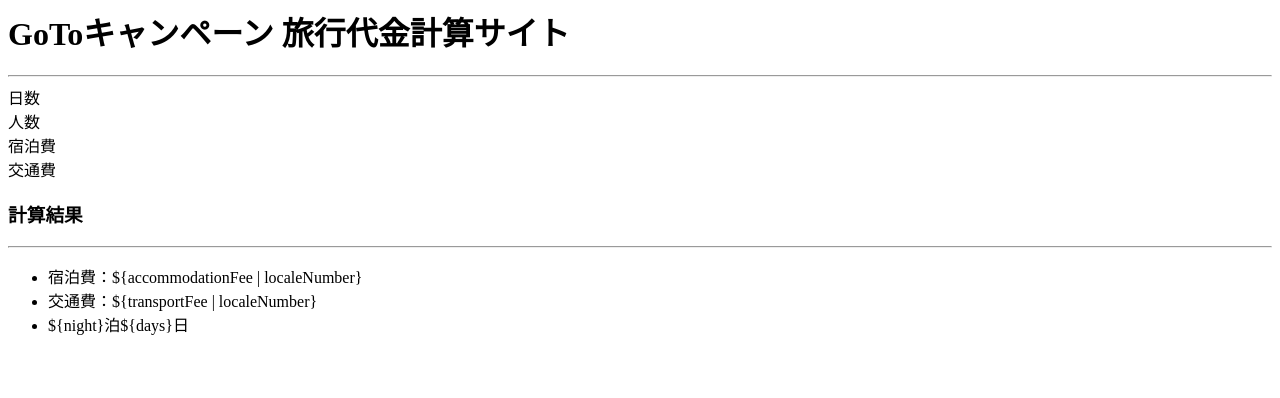
Repository: Ischca/ischca.github.io
Page: src/my-app.html
The author's editor kept a copy of each file at every save. The page is drawn from the files as they stood at one save, then again after the next save.
The browser window is 1280 px wide. The pictures show the whole page.

Above is the page before, as saved 2020-10-02 16:05:40.

After the next save:
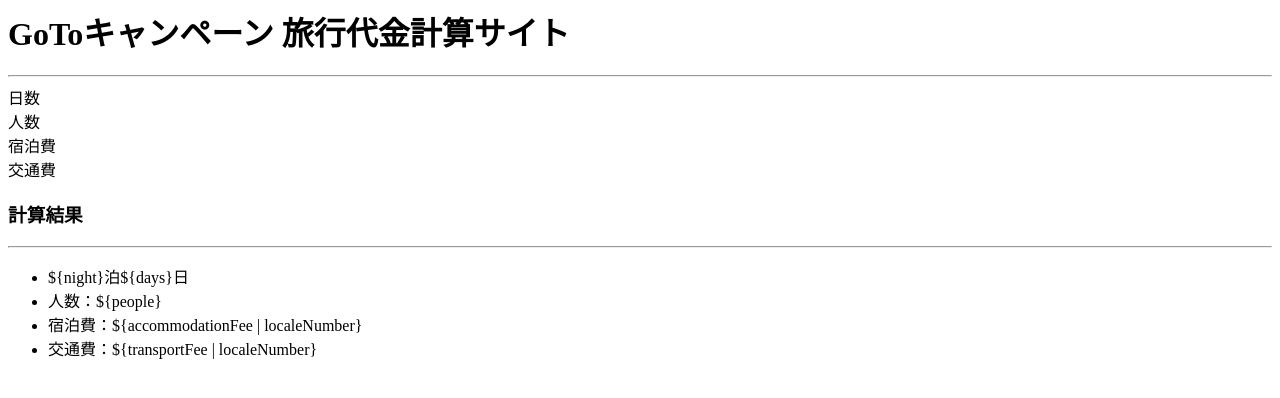
Saved 25 s later.
--- a/src/my-app.html
+++ b/src/my-app.html
@@ -44,14 +44,17 @@
     <div id="result" class="text-center">
         <ul class="list-group list-group-flush">
             <li class="list-group-item">
+                ${night}泊${days}日
+            </li>
+            <li class="list-group-item">
+                人数：${people}
+            </li>
+            <li class="list-group-item">
                 宿泊費：${accommodationFee | localeNumber}
             </li>
             <li class="list-group-item">
                 交通費：${transportFee | localeNumber}
             </li>
-            <li class="list-group-item">
-                ${night}泊${days}日
-            </li>
         </ul>
     </div>
 </div>
